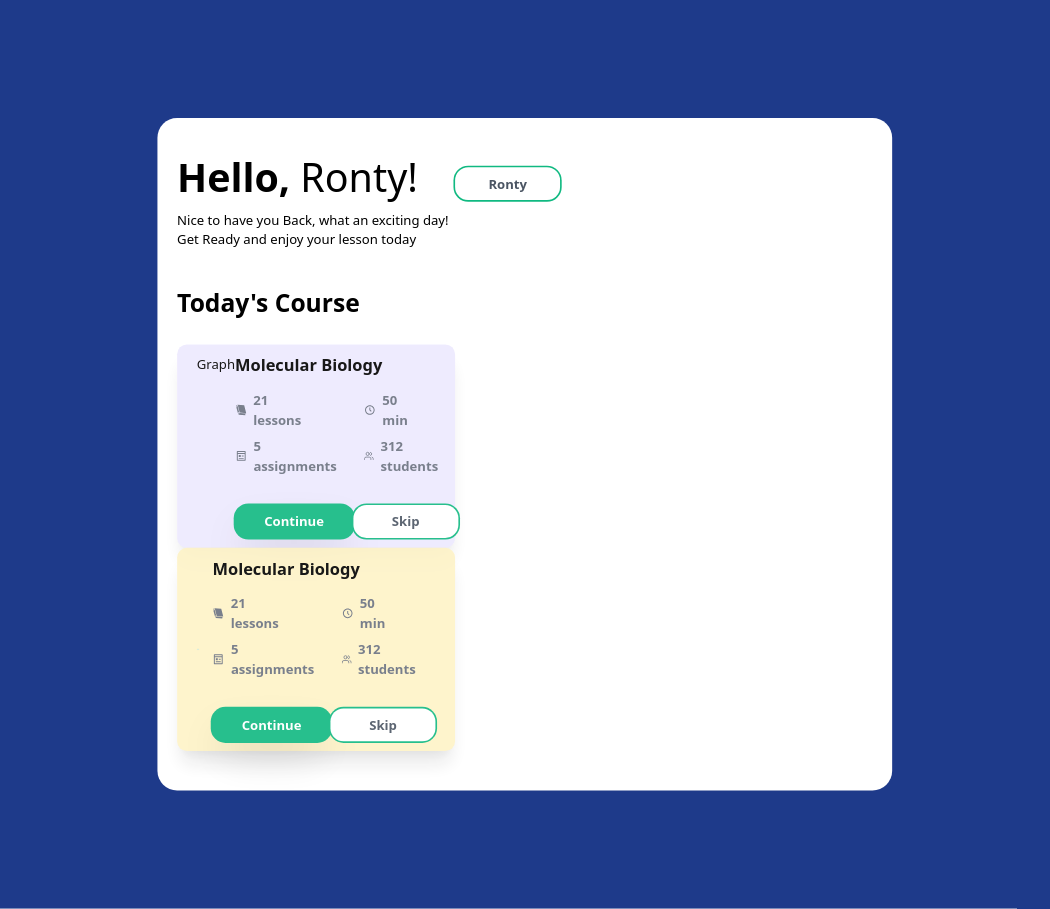
Repository: coolronts/Vite-Tailwind
Page: /
The author's editor kept a copy of each file at every save. The page is drawn from the files as they stood at one save, then again after the next save.
The browser window is 1280 px wide. The pictures show the whole page, at 82% of full size.
The project was rebuilt for these pictures with package versions that can differ from the ones it lists, and the page was loaded fresh each time. Also part of the build but not shown: vite.config.js.

Above is the page before, as saved 2021-11-26 13:55:12.

After the next save:
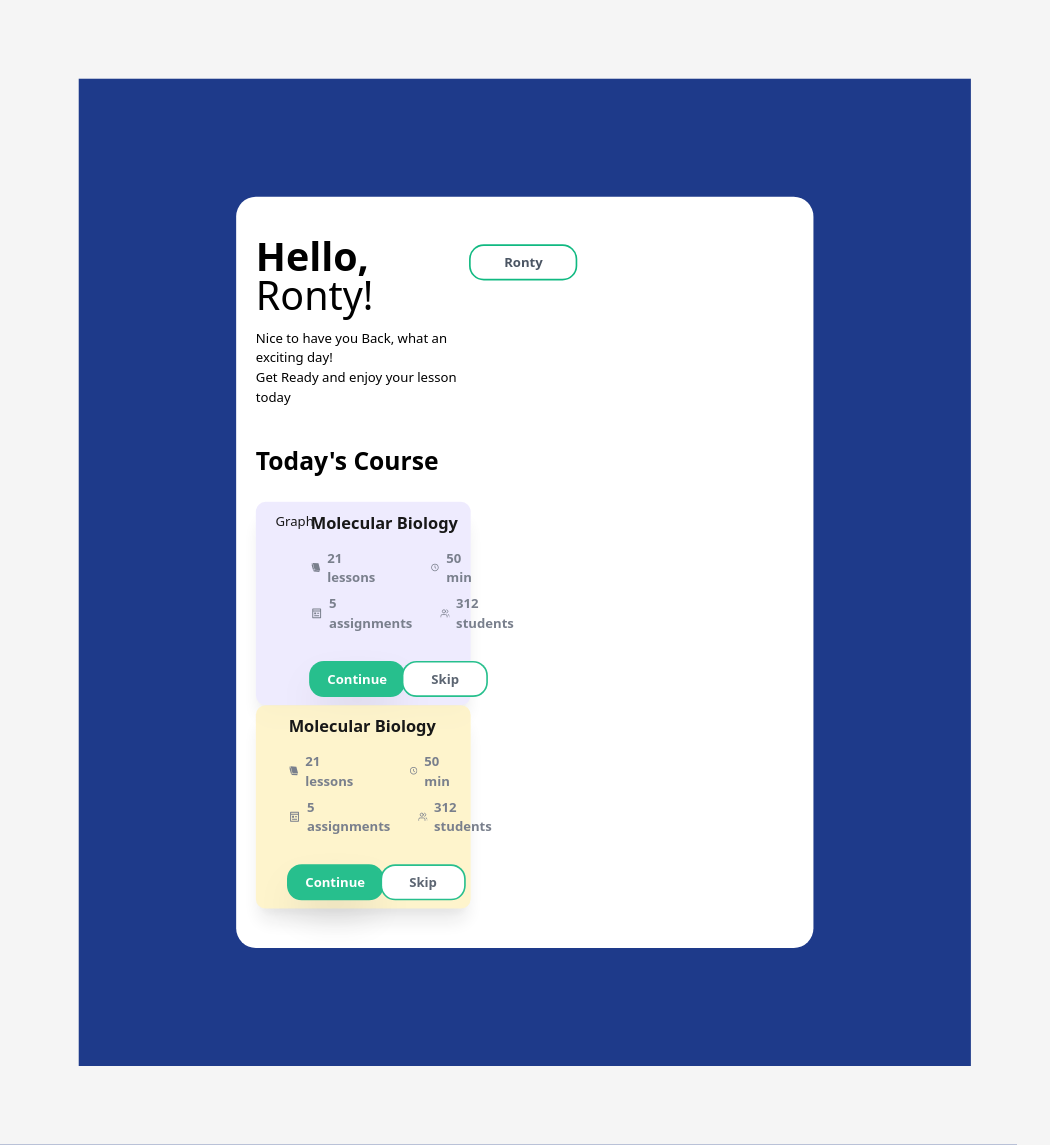
Saved 10 s later.
--- a/src/App.jsx
+++ b/src/App.jsx
@@ -12,7 +12,7 @@ function App() {
   return (
 
     <div className="App ">
-      <div className="p-24 bg-blue-900">
+      <div className="p-24 bg-blue-900 m-24">
       <div className="bg-white my-12 mx-24 rounded-3xl px-6 py-12">
       <SplitScreen leftWeight = 'w-2/5'>
         <div id="left">
